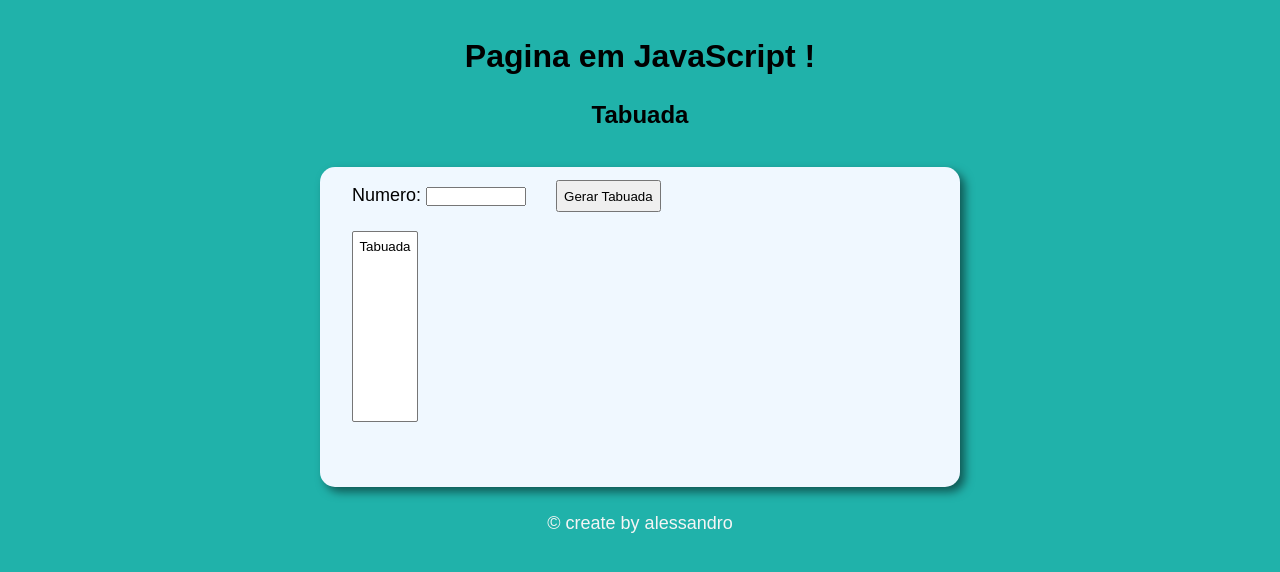
Repository: raphaanunes/codigos
Page: Cursos JavaScript/exercício/tabuada/test-tabuada.html
An editor plug-in stored every save of this project. The page is shown before and after the next save, followed by the edit.
The browser window is 1280 px wide. The pictures show the whole page.

Above is the page before, as saved 2024-08-11 13:14:16.

After the next save:
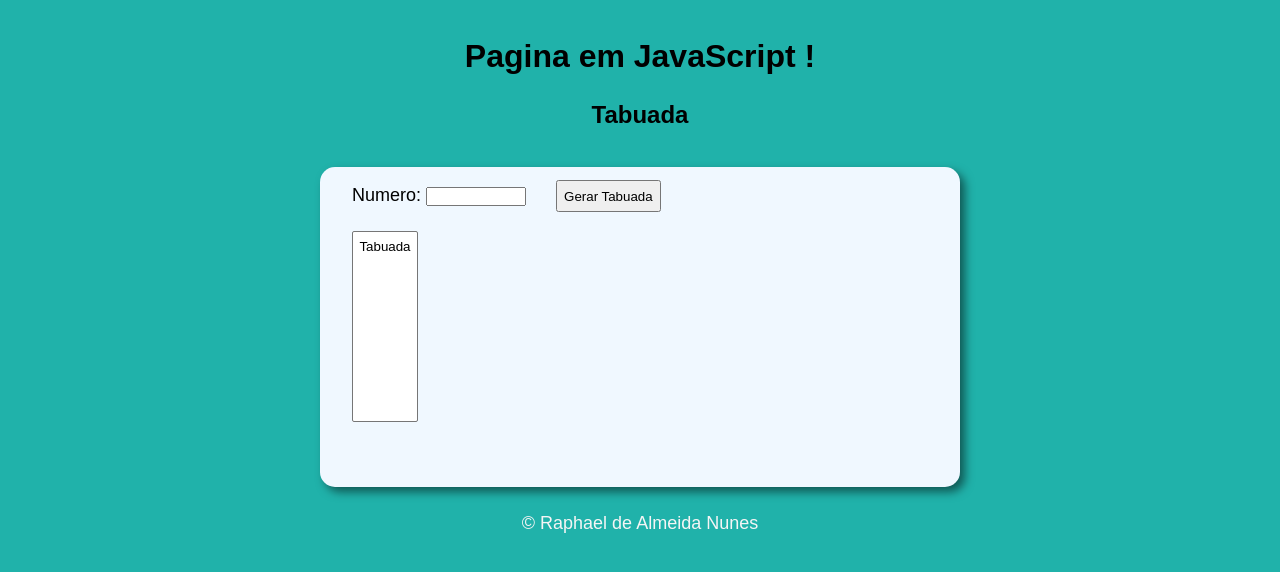
Saved 16 s later.
--- a/Cursos JavaScript/exercício/tabuada/test-tabuada.html
+++ b/Cursos JavaScript/exercício/tabuada/test-tabuada.html
@@ -29,7 +29,7 @@
     </section><!-- aqui termina o section -->
 
     <footer>
-        <p> &copy; create by alessandro </p>
+        <p> &copy; Raphael de Almeida Nunes </p>
     </footer>
 </body>
 
